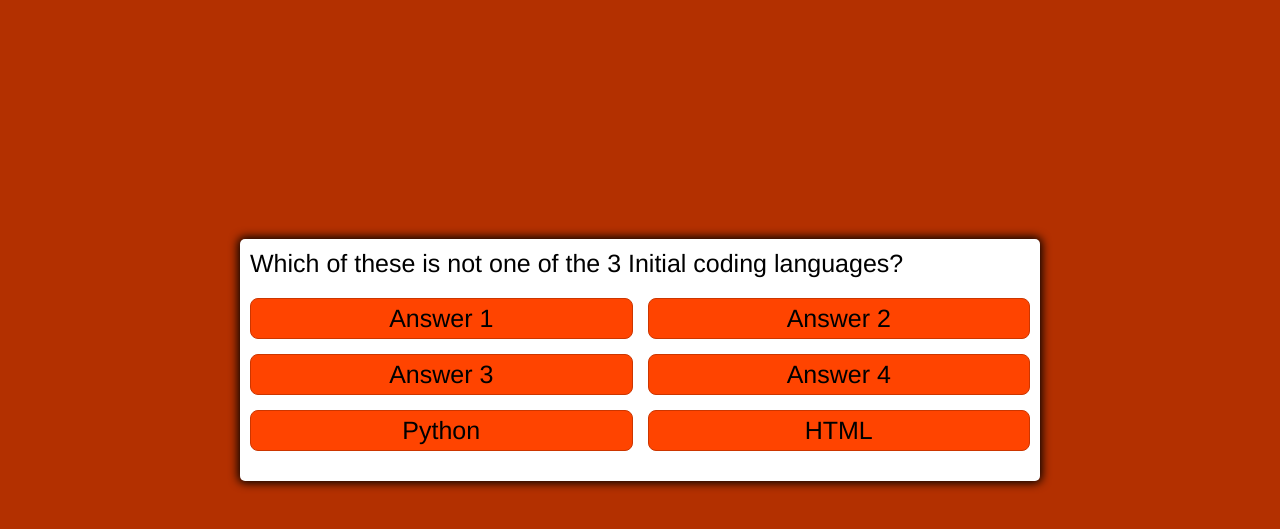
Repository: Vshepard879/Code-Quiz
Page: index.html
An editor plug-in stored every save of this project. The page is shown before and after the next save, followed by the edit.
The browser window is 1280 px wide. The pictures show the whole page.
After loading, the first visible `#start-btn` was clicked once.

Above is the page before, as saved 2022-03-18 03:03:13.

After the next save:
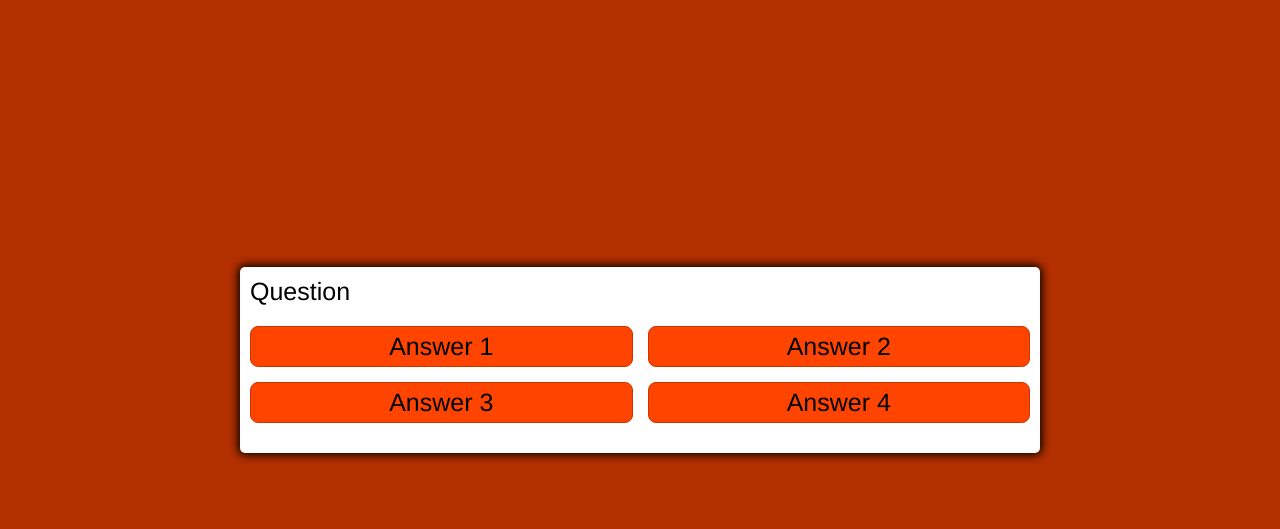
Console error: ReferenceError: nextButton is not defined
Saved 4 min 51 s later.
--- a/assets/js/script.js
+++ b/assets/js/script.js
@@ -15,6 +15,11 @@ questionContainerElement.classList.remove('hide')
 setNextQuestion()
 }
 
+function setNextQuestion() {
+    resetState()
+    showQuestion(shuffledQuestions[currentQuestionIndex])
+    }
+
 function showQuestion(question) {
     questionElement.innerText =question.question
     question.answers.forEach(answer => {
@@ -28,13 +33,18 @@ function showQuestion(question) {
       answerButtonsElement.appendChild(button)
     })
 }
-function setNextQuestion() {
-showQuestion(shuffledQuestions[currentQuestionIndex])
+
+function resetState() {
+    nextButton.classList.add(hide)
+    while (answerButtonsElement.firstChild) {
+        answerButtonsElement.removeChild
+        (answerButtonsElement.firstChild)
+    }
 }
-
 function selectAnswer() {
 
 }
+
 
 const questions = [
     {
